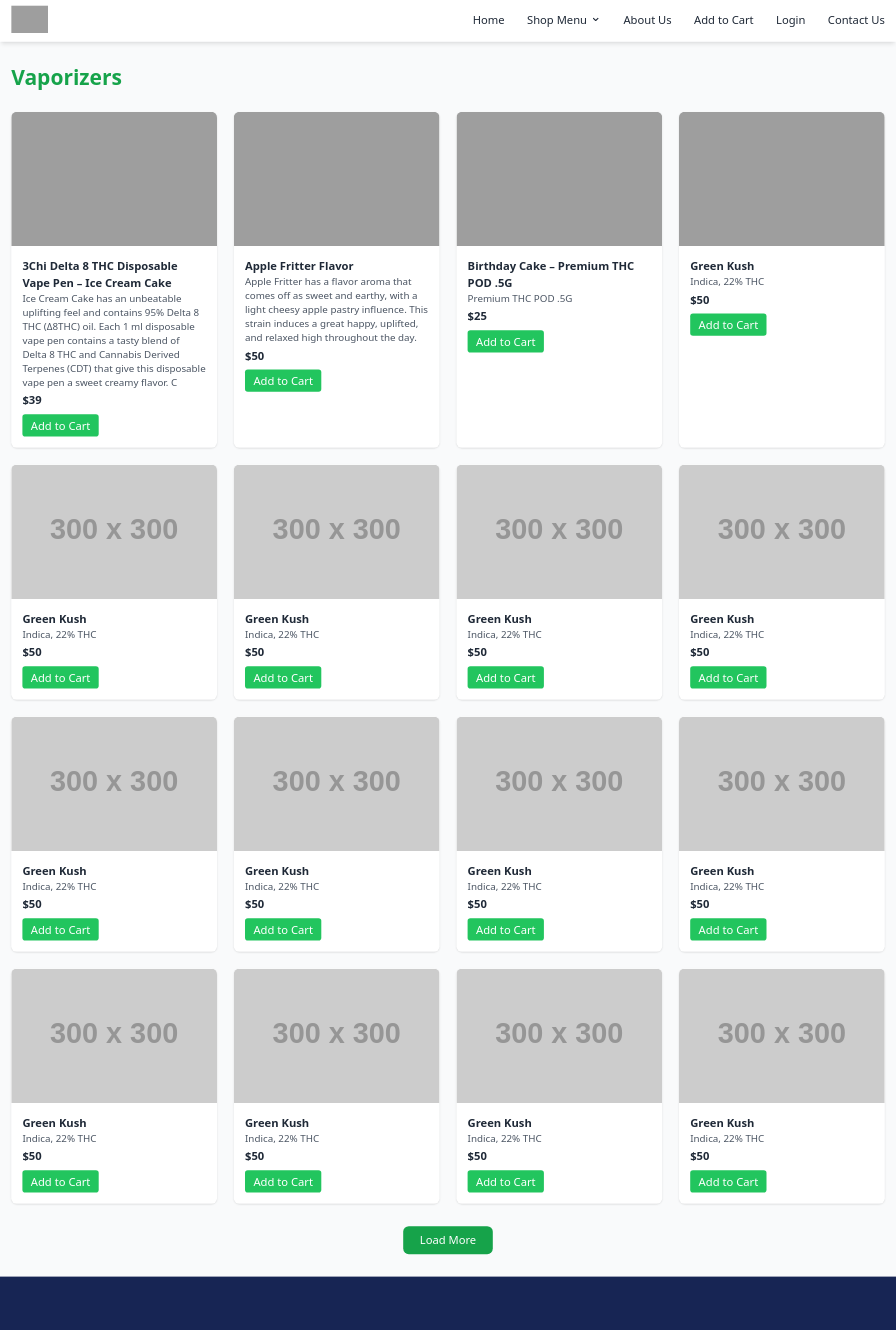
Repository: faryalsaleem50/greencare-cannabis
Page: vaporizers.html
The author's editor kept a copy of each file at every save. The page is drawn from the files as they stood at one save, then again after a run of saves.
The browser window is 1280 px wide. The pictures show the part of the page from y = 4 to 1904 px (the page is 2420 px tall), at 70% of full size.
Pictures or frames that could not be fetched are drawn as grey boxes. A picture or video elsewhere on the page could not be fetched, so the positions and the page height are approximate. Some web libraries are served in a nearby version.

Above is the page before, as saved 2026-02-11 15:57:10.

After the next 2 saves:
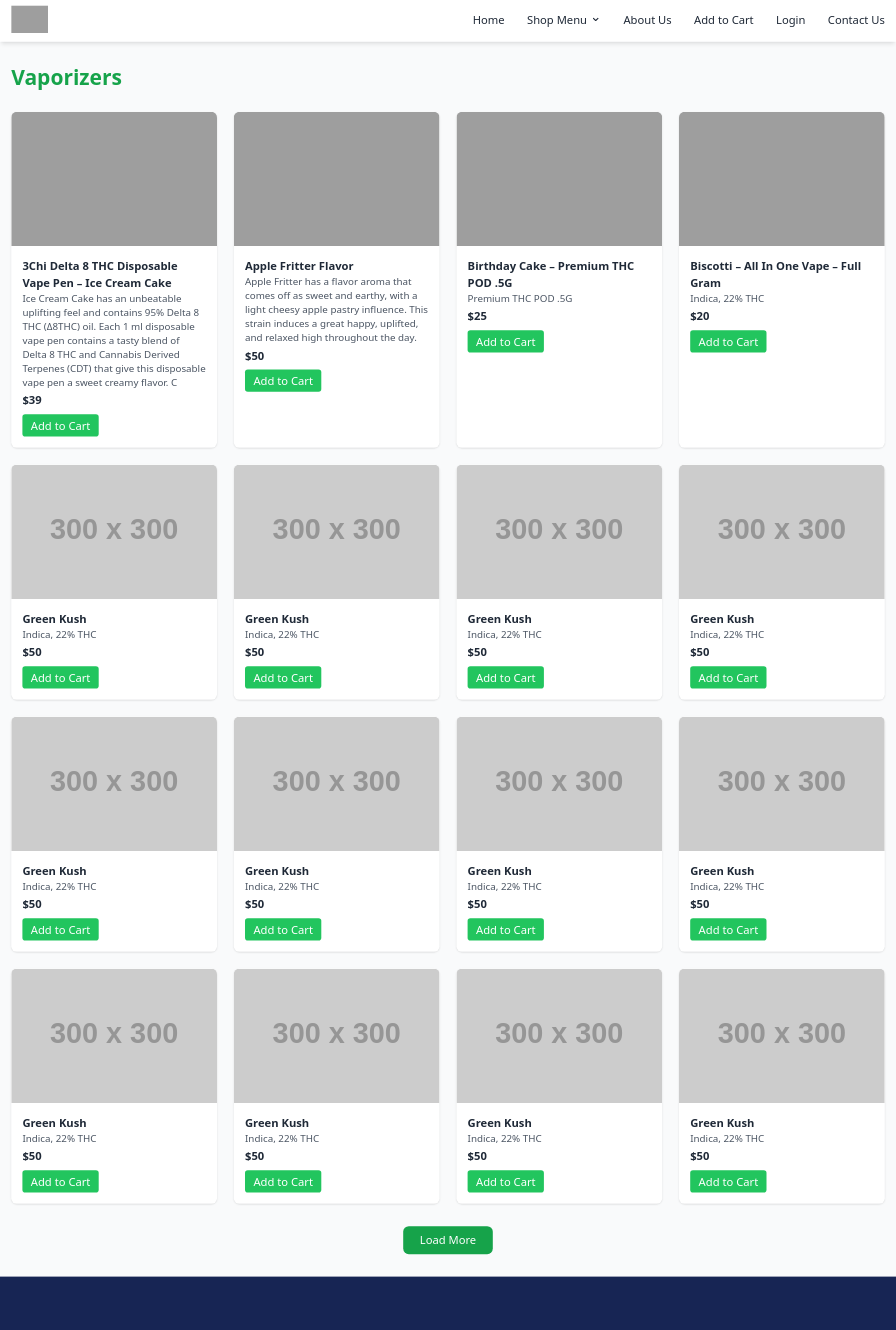
The 2 saves are shown as one change because they came seconds apart.
The last was saved 11 s later.
--- a/vaporizers.html
+++ b/vaporizers.html
@@ -147,9 +147,10 @@ C</p>
        <div class="bg-white rounded-lg shadow overflow-hidden">
         <img src="https://www.greencarecannabisdispensary.com/wp-content/uploads/2024/07/1684533497-biscotti_-600x600.jpg" alt="Product" class="w-full h-48 object-cover" />
         <div class="p-4">
-          <h3 class="font-semibold">Green Kush</h3>
-          <p class="text-sm text-gray-600">Indica, 22% THC</p>
-          <p class="font-bold mt-1">$50</p>
+          <h3 class="font-semibold">Biscotti – All In One Vape – Full Gram
+</h3>
+          <p class="text-sm text-gray-600">Indica, 22% THC</p>
+          <p class="font-bold mt-1">$20</p>
           <button class="mt-2 bg-primary text-white px-3 py-1 rounded hover:bg-secondary transition add-to-cart">
             Add to Cart
           </button>
